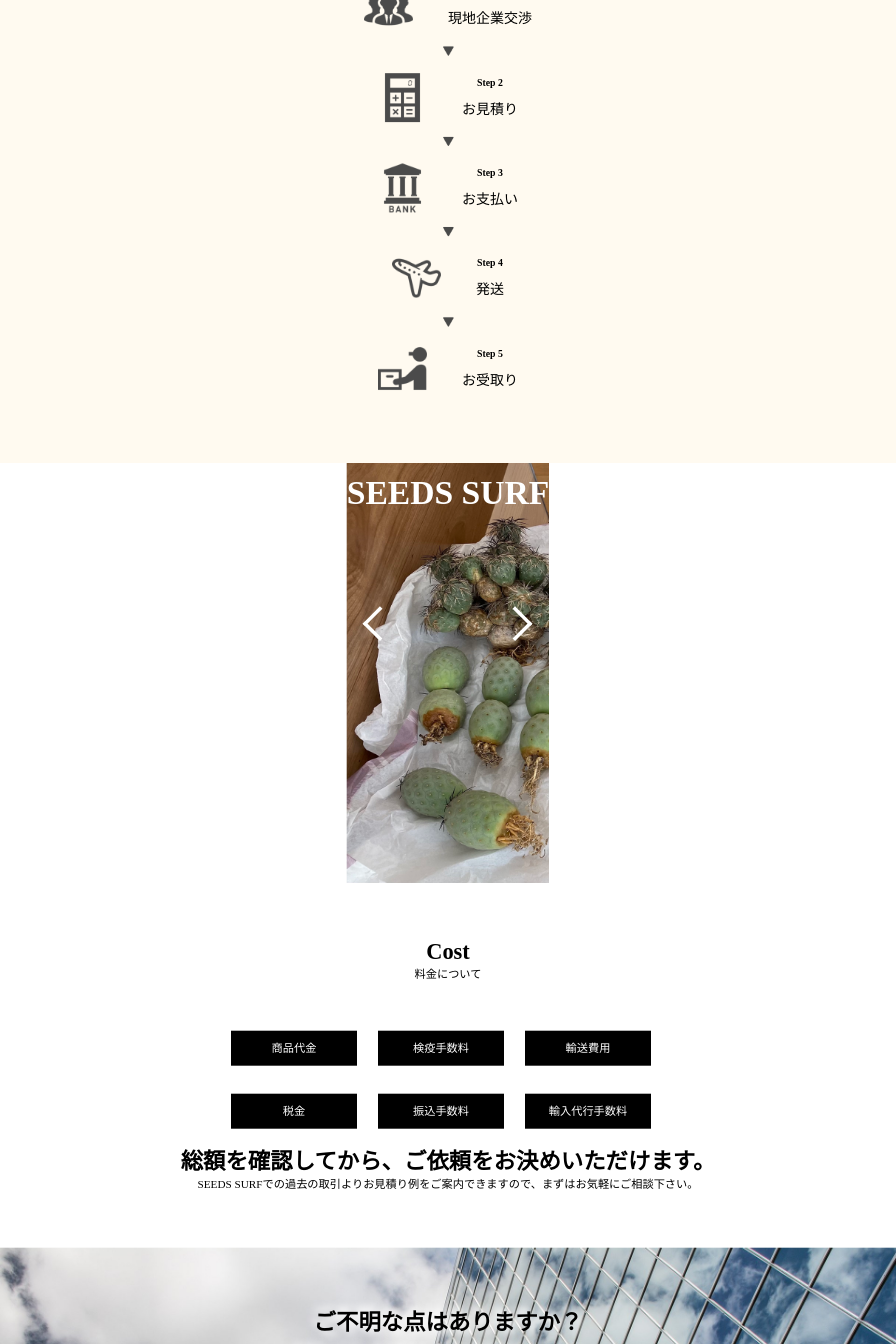
Repository: Seiya00002/seeds-surf-lp
Page: index.html
These files come from the project's save history. The page is drawn as it stood at one moment and after the next save; the edit follows.
The browser window is 1280 px wide. The pictures show the part of the page from y = 1479 to 3399 px (the page is 4263 px tall), at 70% of full size.

Above is the page before, as saved 2023-07-19 08:16:47.

After the next save:
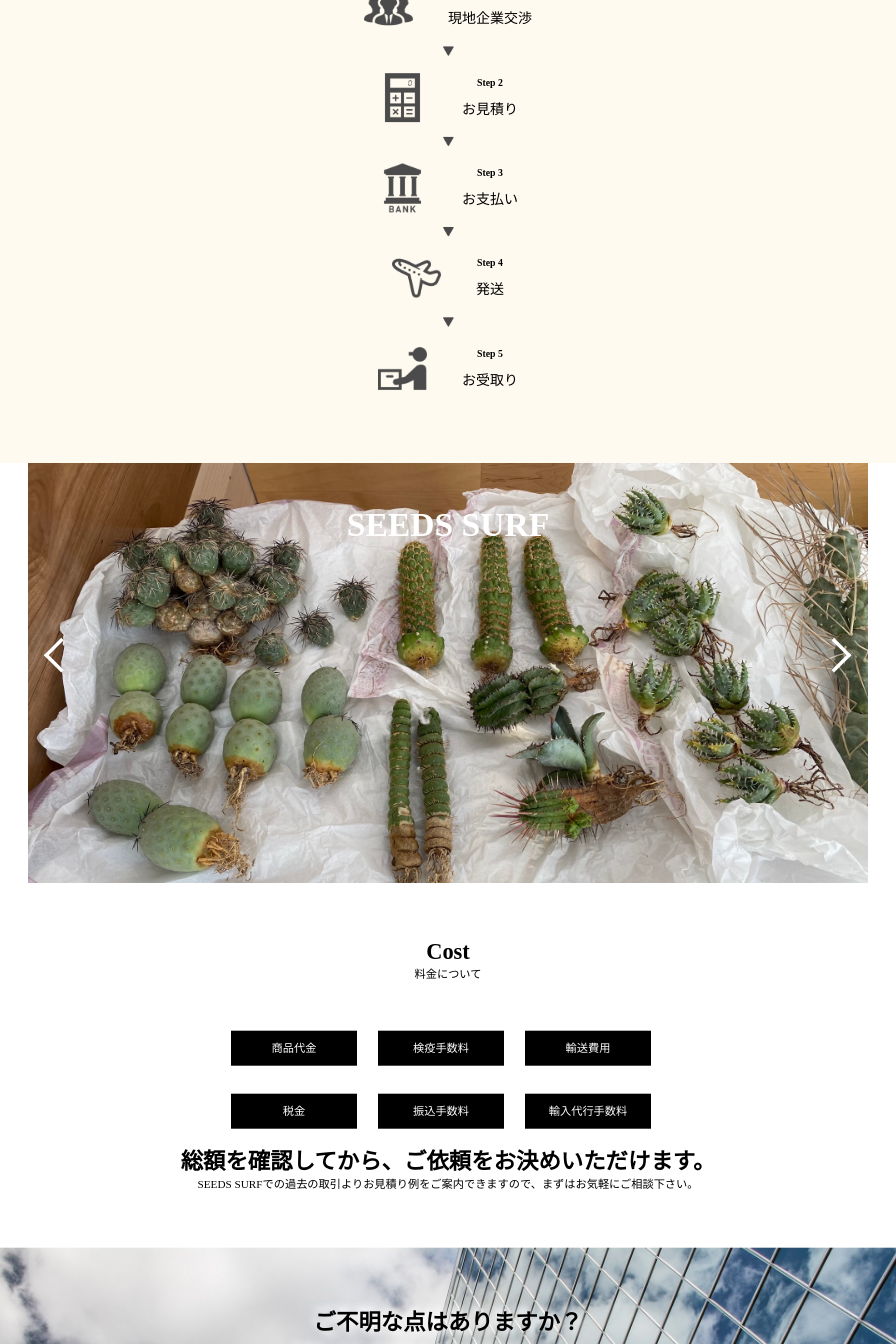
Saved 54 s later.
--- a/css/style.css
+++ b/css/style.css
@@ -327,17 +327,9 @@ small {
     height: 600px;
     margin: auto;
     text-align: center;
-    position: relative;
 }
 /*画像配置*/
 .slideshow{
-    position: absolute;
-    top: 50%;
-    left: 50%;
-    transform: translate(-50%, -50%);
-    max-width: 100%;
-    max-height: 100%;
-
     max-width: 100%;
     height: 100%;
     background-image: url(../img/import-img1.jpg);
